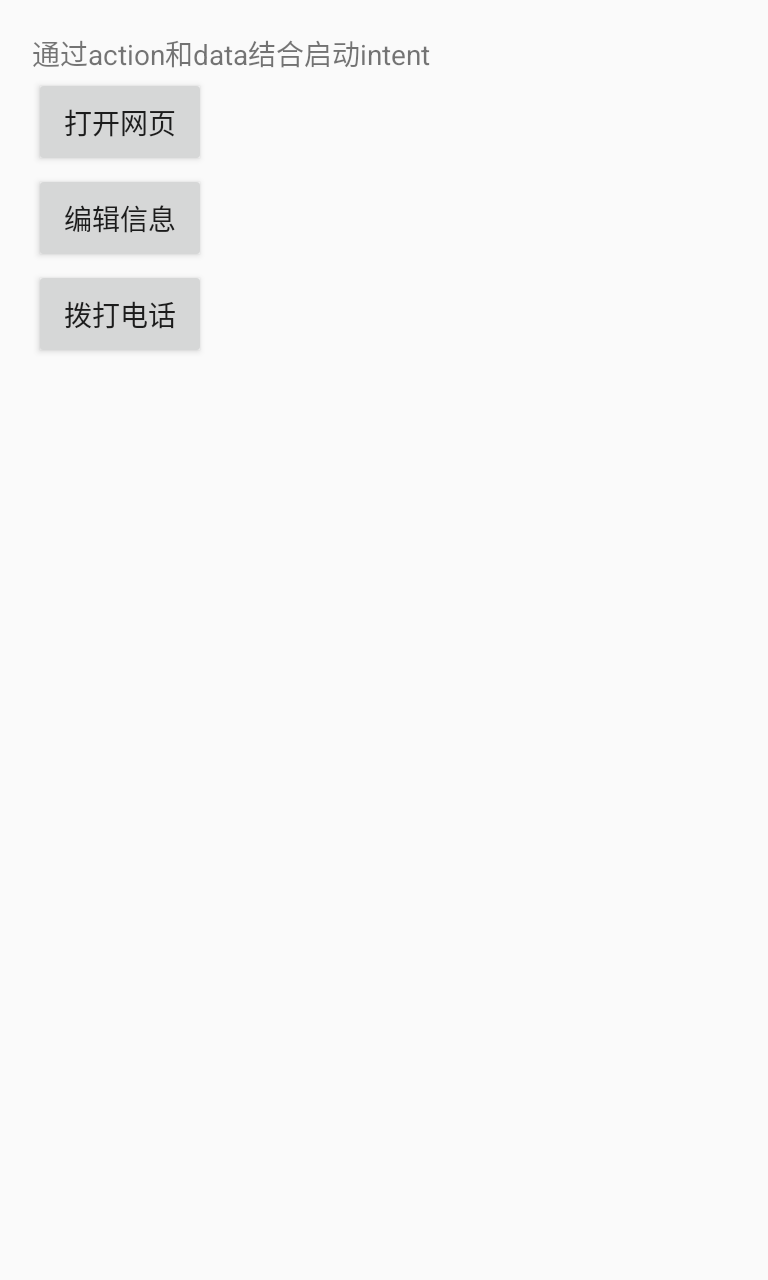
Repository: 18810012802/creazyAndroid
Layout: workspace3/ActionData/res/layout/activity_main.xml
These files come from the project's save history. The layout is drawn as it stood at one moment and after the next save; the edit follows.
It is drawn on a 768 x 1280 px phone screen (xhdpi) without system bars, with theme AppTheme; the app's code is not run.

Above is the layout before, as saved 2016-05-04 16:59:38.

### workspace3/ActionData/res/layout/activity_main.xml
<LinearLayout xmlns:android="http://schemas.android.com/apk/res/android"
    android:orientation="vertical"
    android:layout_width="match_parent"
    android:layout_height="match_parent"
    android:paddingBottom="@dimen/activity_vertical_margin"
    android:paddingLeft="@dimen/activity_horizontal_margin"
    android:paddingRight="@dimen/activity_horizontal_margin"
    android:paddingTop="@dimen/activity_vertical_margin"
>
    <TextView
        android:layout_width="wrap_content"
        android:layout_height="wrap_content"
        android:text="通过action和data结合启动intent" />
	<Button
	    android:id="@+id/bn"
	    android:layout_width="wrap_content"
        android:layout_height="wrap_content"
        android:text="打开网页"
        />
	<Button
	    android:id="@+id/edit"
	    android:layout_width="wrap_content"
        android:layout_height="wrap_content"
        android:text="编辑信息"
        />
	<Button
	    android:id="@+id/call"
	    android:layout_width="wrap_content"
        android:layout_height="wrap_content"
        android:text="拨打电话"
        />
</LinearLayout>

Loaded but not shown: workspace3/ActionData/res/values/styles.xml (common file); workspace3/ActionData/res/values-v11/styles.xml (common file); workspace3/ActionData/res/values-v14/styles.xml (common file); workspace3/ActionData/res/values/dimens.xml (common file); workspace3/ActionData/res/values-w820dp/dimens.xml (common file)

After the next save:
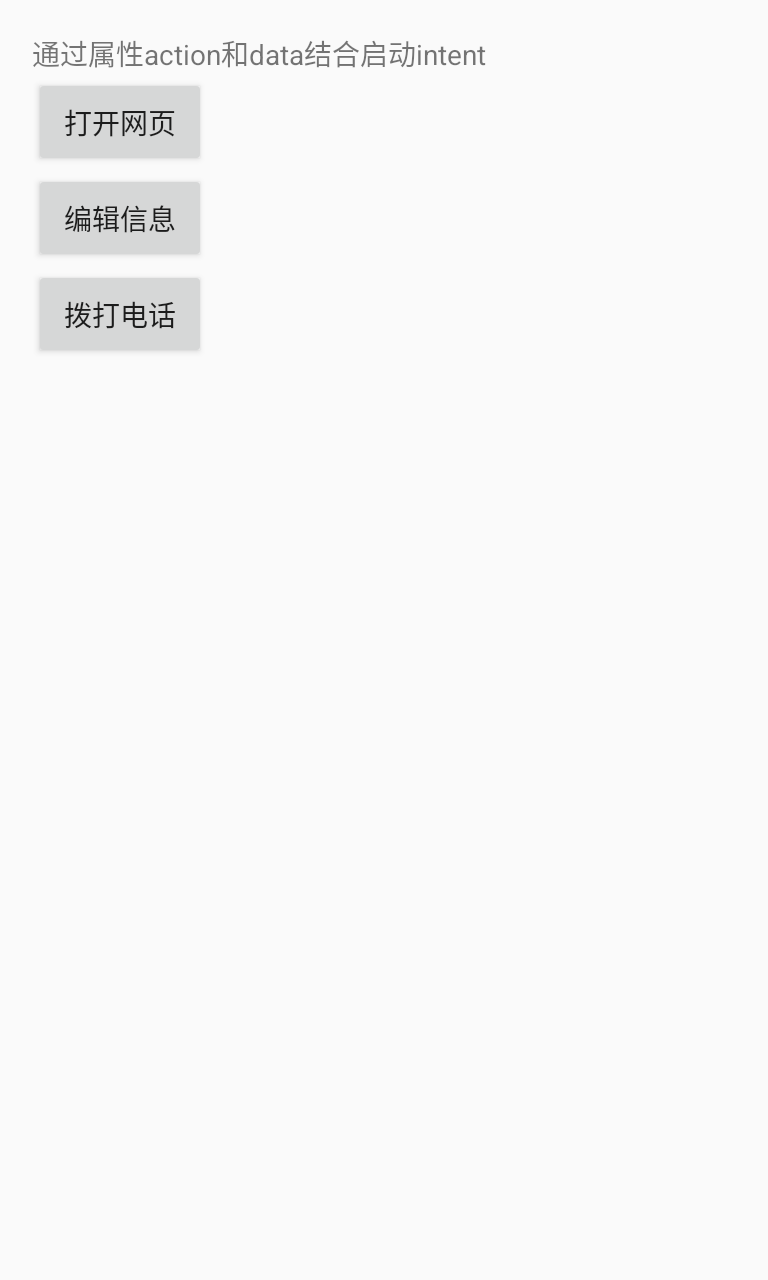
Saved 10 s later.
--- a/workspace3/ActionData/res/layout/activity_main.xml
+++ b/workspace3/ActionData/res/layout/activity_main.xml
@@ -10,7 +10,7 @@
     <TextView
         android:layout_width="wrap_content"
         android:layout_height="wrap_content"
-        android:text="通过action和data结合启动intent" />
+        android:text="通过属性action和data结合启动intent" />
 	<Button
 	    android:id="@+id/bn"
 	    android:layout_width="wrap_content"
